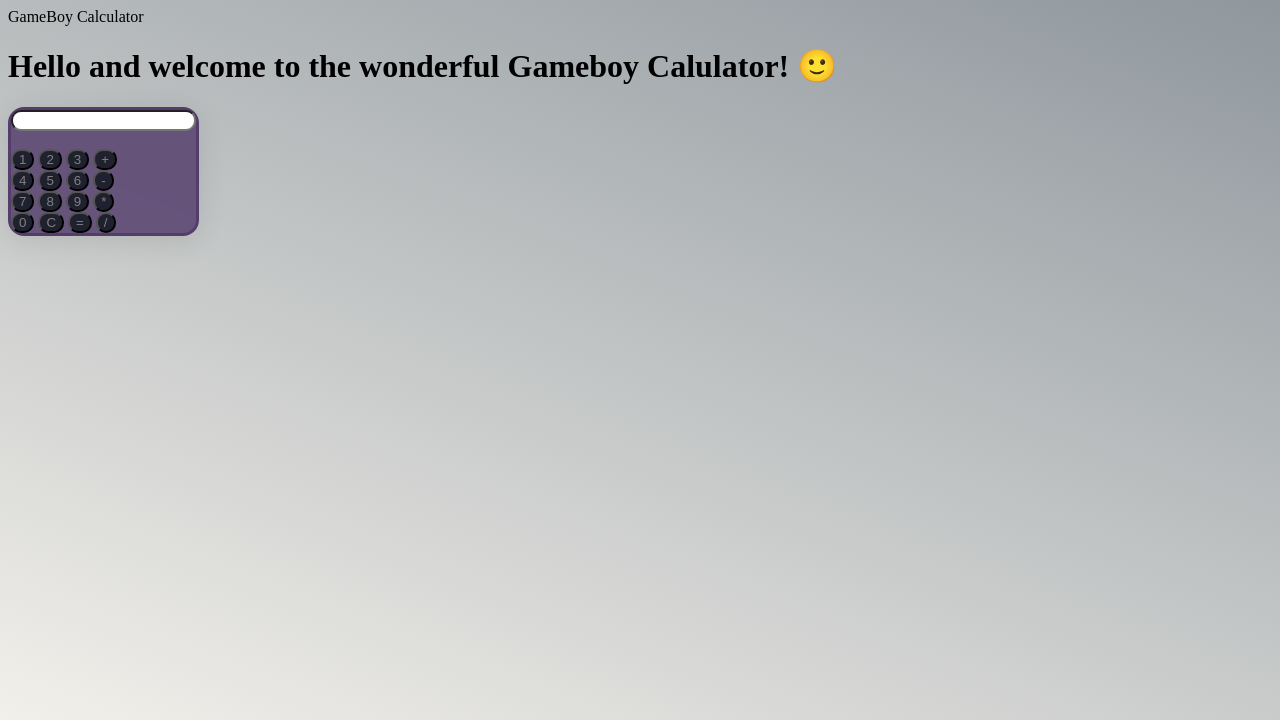
Repository: CrazyPaine/GameBoy-Calculator
Page: index.html
An editor plug-in stored every save of this project. The page is shown before and after the next save, followed by the edit.
The browser window is 1280 px wide. The pictures show the whole page.

Above is the page before, as saved 2024-02-02 15:44:23.

After the next save:
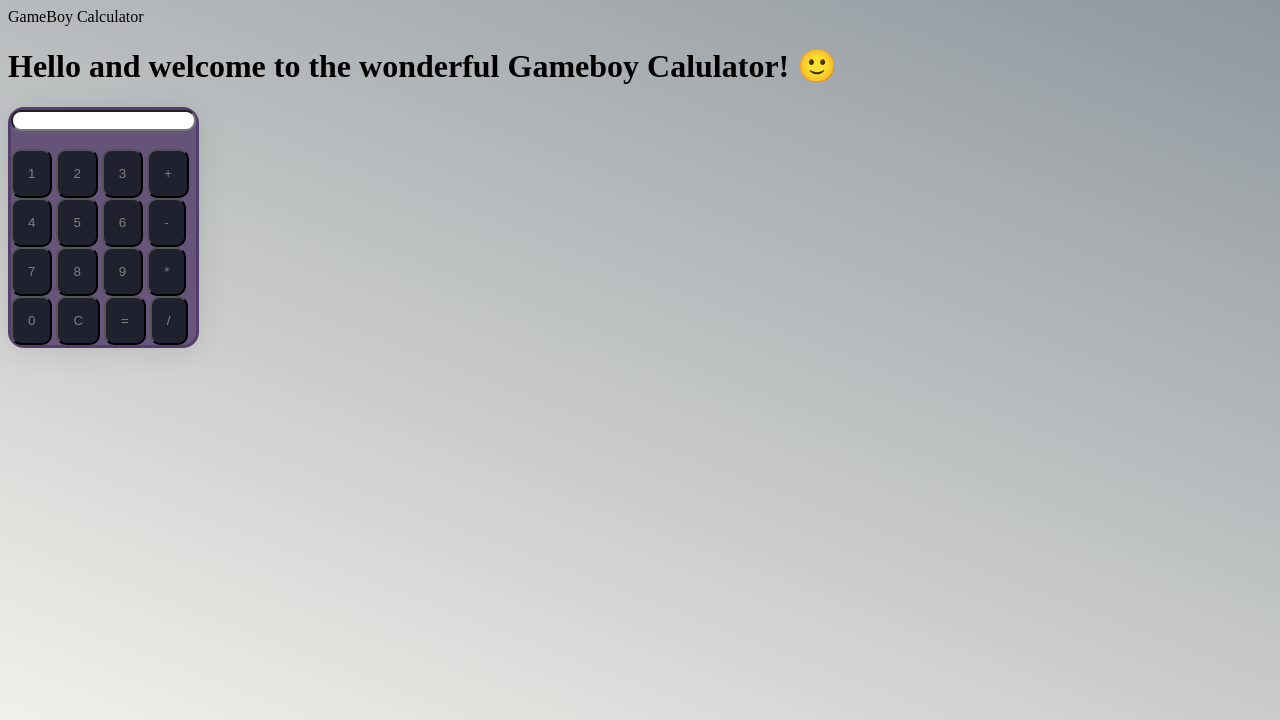
Saved 2 min 57 s later.
--- a/css/styles.css
+++ b/css/styles.css
@@ -35,7 +35,6 @@ body {
 }
 
 .calculator {
-
     border: 3px solid #533D6B;
     border-radius: 10px;
     width:fit-content;
@@ -50,7 +49,9 @@ body {
     background-color: #20212e;
     border-radius: 10px;
     color: #808080;
-
+    padding: 15px;
+    min-height: fit-content;
+    max-width: fit-content;
 }
 
 
